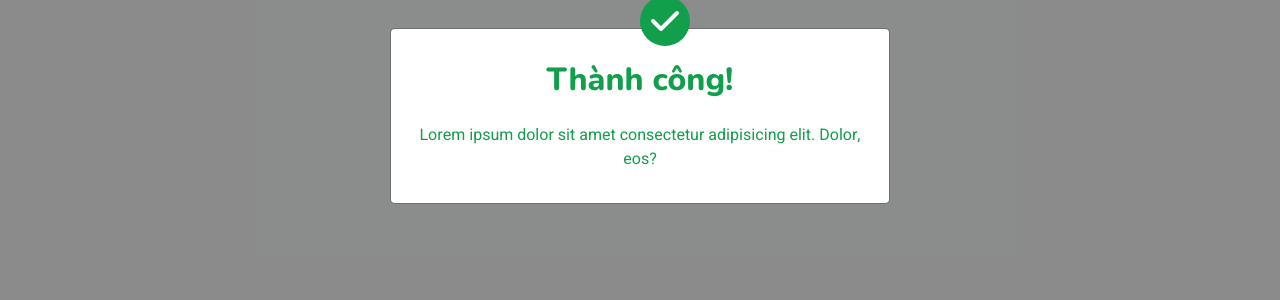
Repository: Dangtrinh28/thuymoc
Page: bookingSuccess.html
The author's editor kept a copy of each file at every save. The page is drawn from the files as they stood at one save, then again after a run of saves.
The browser window is 1280 px wide. The pictures show the whole page.
Some web libraries are served in a nearby version.

Above is the page before, as saved 2022-11-25 04:13:37.

### bookingSuccess.html
<!DOCTYPE html>
<html lang="en">

<head>
    <meta charset="UTF-8">
    <meta http-equiv="X-UA-Compatible" content="IE=edge">
    <meta name="viewport" content="width=device-width, initial-scale=1.0">

    <!-- google font link -->
    <link rel="preconnect" href="https://fonts.googleapis.com">
    <link rel="preconnect" href="https://fonts.gstatic.com" crossorigin>
    <link
        href="https://fonts.googleapis.com/css2?family=Heebo:wght@400;500;600&family=Nunito:wght@600;700;800&family=Pacifico&display=swap"
        rel="stylesheet">

    <!-- Icon link -->
    <link rel="stylesheet" href="./assets/font/fontawesome/css/all.min.css">
    <link href="https://cdnjs.cloudflare.com/ajax/libs/font-awesome/5.10.0/css/all.min.css" rel="stylesheet">
    <link href="https://cdn.jsdelivr.net/npm/bootstrap-icons@1.4.1/font/bootstrap-icons.css" rel="stylesheet">

    <!-- link lib -->
    <link rel="stylesheet" href="./assets/lib/animate/animate.min.css">
    <link rel="stylesheet" href="./assets/lib/owlcarousel/assets/owl.carousel.min.css">
    <link rel="stylesheet" href="./assets/lib/tempusdominus/css/tempusdominus-bootstrap-4.min.css">

    <!-- link bootstraps custom  -->
    <link href="./assets/css/bootstrap.css" rel="stylesheet">

    <!-- link custom -->
    <link rel="stylesheet" href="./assets/css/index.css">
    <!-- link custom end-->
    <link rel="icon" type="image/x-icon"
        href="https://scontent.fsgn2-4.fna.fbcdn.net/v/t39.30808-6/301127842_1060078351356985_3224039168656005356_n.jpg?_nc_cat=101&ccb=1-7&_nc_sid=09cbfe&_nc_ohc=boITfAPyxDEAX8ESDnk&_nc_ht=scontent.fsgn2-4.fna&oh=00_AfCC23TquV2izwz9e55nnw0-pZBRnxj3js4zwfv7_lGcQQ&oe=63633C5B">
        <title>Thủy Mộc Restaurant</title>

</head>
<body>
    <div class="container" >
        <div class="modal" style="display: block; background-color: rgba(128, 128, 128,0.9);">
            <div class="modal-dialog">
                <div class="modal-content">
                    <div class="modal-body text-primary text-center">
                        <i class="modal-body-icon fa-solid fa-check"></i>
                        <h2 class="text-primary text-title p-3">Thành công!</h2>
                        <p>Lorem ipsum dolor sit amet consectetur adipisicing elit. Dolor, eos?</p>
                    </div>
                </div>
            </div>
        </div>
    </div>





    <script src="https://code.jquery.com/jquery-3.4.1.min.js"></script>
    <script src="https://cdn.jsdelivr.net/npm/bootstrap@5.0.2/dist/js/bootstrap.bundle.min.js"></script>
    <script src="https://smtpjs.com/v3/smtp.js"></script>
    <script src="./assets/lib/wow/wow.min.js"></script>
    <script src="./assets/lib/easing/easing.min.js"></script>
    <script src="./assets/lib/waypoints/waypoints.min.js"></script>
    <script src="./assets/lib/counterup/counterup.min.js"></script>
    <script src="./assets/lib/owlcarousel/owl.carousel.min.js"></script>
    <script src="./assets/js/index.js"></script>
</body>
</html>

### assets/css/index.css
:root {
  --primary: ;
}

/* base css */
.hero-header {
  background: linear-gradient(rgba(15, 23, 43, 0.9), rgba(15, 23, 43, 0.9)),
    url(../img/banner/banner2.png);
  background-position: center center;
  background-repeat: no-repeat;
  background-size: cover;
}

.btn {
  font-family: "Nunito", sans-serif;
  font-weight: 500;
  text-transform: uppercase;
  transition: 0.5s;
}

.btn-primary,
.btn-secondary {
  color: var(--bs-white);
}

.product-img {
  width: 100%;
  height: 216px;
  background-position: center;
  background-repeat: no-repeat;
  background-size: cover;
}

/* đặt bàn online */
.video {
  position: relative;
  height: 100%;
  min-height: 500px;
  background: linear-gradient(rgba(15, 23, 43, 0.1), rgba(15, 23, 43, 0.1)),
    url(../img/booking/booking.png);
  background-position: center center;
  background-repeat: no-repeat;
  background-size: cover;
}

.video .btn-play {
  position: absolute;
  z-index: 3;
  top: 50%;
  left: 50%;
  transform: translate(-50%);
  box-sizing: content-box;
  display: block;
  width: 32px;
  height: 44px;
  border-radius: 50%;
  border: none;
  outline: none;
  padding: 18px 20px 18px 28px;
}

.video .btn-play::before {
  content: "";
  position: absolute;
  z-index: 0;
  top: 50%;
  left: 50%;
  transform: translateX(-50%) translateY(-50%);
  display: block;
  width: 100px;
  height: 100px;
  background: var(--bs-primary);
  border-radius: 50%;
  animation: pulse-border 1500ms ease-out infinite;
}

.video .btn-play::after {
  content: "";
  position: absolute;
  z-index: 1;
  left: 50%;
  top: 50%;
  transform: translateX(-50%) translateY(-50%);
  display: block;
  width: 100px;
  height: 100px;
  background: var(--primary);
  border-radius: 50%;
  transition: all 200ms;
}

.video .btn-play img {
  position: relative;
  z-index: 3;
  max-width: 100%;
  width: auto;
  height: auto;
}

.video .btn-play span {
  display: block;
  position: relative;
  z-index: 3;
  width: 0;
  height: 0;
  border-left: 32px solid var(--bs-dark);
  border-top: 22px solid transparent;
  border-bottom: 22px solid transparent;
}

@keyframes pulse-border {
  0% {
    transform: translateX(-50%) translateY(-50%) translateZ(0) scale(1);
    opacity: 1;
  }
  100% {
    transform: translateX(-50%) translateY(-50%) translateZ(0) scale(1.5);
    opacity: 0;
  }
}

/* team */
.w-65 {
  width: 65% !important;
}

/* feedback */
.testimonial-carousel .owl-item.center .testimonial-item {
  background: var(--bs-primary) !important;
  border-color: var(--bs-primary) !important;
}

.testimonial-carousel .owl-item.center .testimonial-item * {
  color: var(--bs-light);
}

.testimonial-carousel .owl-dots {
  margin-top: 24px;
  display: flex;
  align-items: flex-end;
  justify-content: center;
}

.testimonial-carousel .owl-dot {
  position: relative;
  display: inline-block;
  margin: 0 5px;
  width: 15px;
  height: 15px;
  border: 1px solid #ccc;
  border-radius: 15px;
  transition: 0.5s;
}

.testimonial-carousel .owl-dot.active {
  background: var(--bs-primary);
  border-color: var(--bs-primary);
}

.text__height-hiden {
  height: 120px;
  overflow: hidden;
  display: -webkit-box;
  -webkit-box-orient: vertical;
  -webkit-line-clamp: 5;
}

/* footer */
.footer .copyright {
  padding: 25px 0;
  font-size: 15px;
  border-top: 1px solid rgba(256, 256, 256, 0.1);
}

.footer .copyright a {
  color: var(--bs-light);
}

.footer .footer-menu a {
  margin-right: 15px;
  padding-right: 15px;
  border-right: 1px solid rgba(256, 256, 256, 0.1);
}

.back-to-top {
  position: fixed;
  display: none;
  right: 45px;
  bottom: 45px;
  z-index: 99;
}

/* success */
.modal-body-icon {
  position: absolute;
  font-size: 2rem;
  width: 50px;
  height: 50px;
  background: var(--bs-primary);
  color: var(--bs-white);
  border-radius: 50%;
  line-height: 50px;
  top: -33px;
}

/* navbar */
.navbar-dark .navbar-nav .nav-link {
  position: relative;
  margin-left: 25px;
  padding: 15px 0;
  font-size: 15px;
  color: var(--bs-light) !important;
  text-transform: uppercase;
  font-weight: 500;
  outline: none;
  transition: 0.5s;
}

@media (min-width: 992px) {
  .navbar-dark {
    position: absolute;
    width: 100%;
    top: 0;
    left: 0;
    z-index: 999;
    background: transparent !important;
  }
}

.text-featured {
  font-size: 16px;
  line-height: 1.6;
  padding: 20px;
}

.text-featured::first-letter {
  font-size: 30px;
  line-height: 30px;
  float: left;
  display: block;
}

@media (max-width: 992px)  {
  .navbar-dark .navbar-nav .nav-link {
    margin: 0;
  }
}

### assets/js/index.js
(function ($) {
  "use strict";

  // wow js
  new WOW().init();

  //counter-up
  $('[data-toggle="counter-up"]').counterUp({
    delay: 10,
    time: 2000,
  });

  $(window).scroll(function () {
    if ($(this).scrollTop() > 45) {
      $(".navbar").addClass("sticky-top shadow-sm");
    } else {
      $(".navbar").removeClass("sticky-top shadow-sm");
    }
  });

  $(document).ready(function () {
    var $videoSrc;
    $(".btn-play").click(function () {
      $videoSrc = $(this).data("src");
    });
    console.log($videoSrc);

    $("#videoModal").on("shown.bs.modal", function (e) {
      $("#video").attr(
        "src",
        $videoSrc + "?autoplay=1&amp;modestbranding=1&amp;showinfo=0"
      );
    });

    $("#videoModal").on("hide.bs.modal", function (e) {
      $("#video").attr("src", $videoSrc);
    });
  });

  // testimonial-carousel
  $(".testimonial-carousel").owlCarousel({
    autoplay: true,
    smartSpeed: 1500,
    center: true,
    margin: 24,
    dots: true,
    loop: true,
    nav: false,
    responsive: {
      0: {
        items: 1,
      },
      768: {
        items: 2,
      },
      992: {
        item: 3,
      },
    },
  });
  //
  $(window).scroll(function () {
    if ($(this).scrollTop() > 300) {
      $(".back-to-top").fadeIn("slow");
    } else {
      $(".back-to-top").fadeOut("slow");
    }
  });

  $(".back-to-top").click(function () {
    $("html, body").animate({ scrollTop: 0 }, 100, "easeInOutExpo");
    return false;
  });
})(jQuery);

    // pass xcliahnbanukicoz

function sendEmail() {
  let useNames = document.getElementById("names").value;
  let numberPhone = document.getElementById("numberPhone").value;
  let email = document.getElementById("email").value;
  let qualitys = document.getElementById("qualitys").value;
  let times = document.getElementById("times").value;
  let date = document.getElementById("date").value;
  let messages = document.getElementById("messages").value;
  let body = "Tên khách hàng:" + useNames + "<br/> Số điện thoại: " + numberPhone + "<br/> Tên gmail của quý khách: " + email + "<br/> Số lượng khách hàng: " + qualitys + "<br/> Thời gian đến: " + times + "<br/> Ngày đến: " + date + "<br/> Yêu cầu của quý khách: " + messages ;


  Email.send({
    // SMTPport: 2525,
    Host : "smtp.elasticemail.com",
    Username : "nguyencaodangtrinhtv3@gmail.com",
    Password : "B2145E9AB344FD4C1D449007775D22DCDDA7",
    To : 'dtrinhit04@gmail.com',
    From : "nguyencaodangtrinhtv3@gmail.com",
    Subject : "Đặt bàn online tại Thủy Mộc for web",
    Body : body,
}).then(
  message => alert(message)
);
}

Loaded but not shown: assets/font/fontawesome/css/all.min.css (library); assets/lib/animate/animate.min.css (library); assets/lib/owlcarousel/assets/owl.carousel.min.css (common file); assets/lib/tempusdominus/css/tempusdominus-bootstrap-4.min.css (library); assets/css/bootstrap.css (library); assets/lib/wow/wow.min.js (library); assets/lib/easing/easing.min.js (common file); assets/lib/waypoints/waypoints.min.js (library); assets/lib/counterup/counterup.min.js (common file); assets/lib/owlcarousel/owl.carousel.min.js (library)

After the next 3 saves:
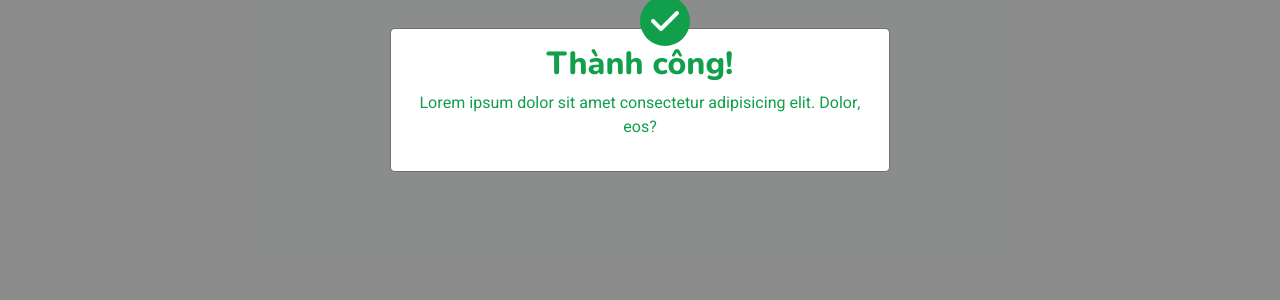
The 3 saves are shown as one change because they came seconds apart.
The last was saved 18 s later.
--- a/bookingSuccess.html
+++ b/bookingSuccess.html
@@ -41,7 +41,7 @@
                 <div class="modal-content">
                     <div class="modal-body text-primary text-center">
                         <i class="modal-body-icon fa-solid fa-check"></i>
-                        <h2 class="text-primary text-title p-3">Thành công!</h2>
+                        <h2 class="text-primary text-title p">Thành công!</h2>
                         <p>Lorem ipsum dolor sit amet consectetur adipisicing elit. Dolor, eos?</p>
                     </div>
                 </div>

After the save that followed:
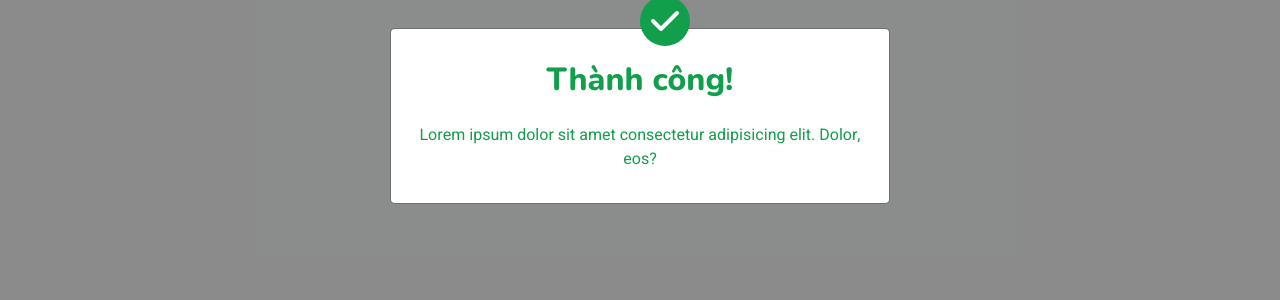
Saved 7 s later.
--- a/bookingSuccess.html
+++ b/bookingSuccess.html
@@ -41,7 +41,7 @@
                 <div class="modal-content">
                     <div class="modal-body text-primary text-center">
                         <i class="modal-body-icon fa-solid fa-check"></i>
-                        <h2 class="text-primary text-title p">Thành công!</h2>
+                        <h2 class="text-primary text-title p-lg-3">Thành công!</h2>
                         <p>Lorem ipsum dolor sit amet consectetur adipisicing elit. Dolor, eos?</p>
                     </div>
                 </div>
